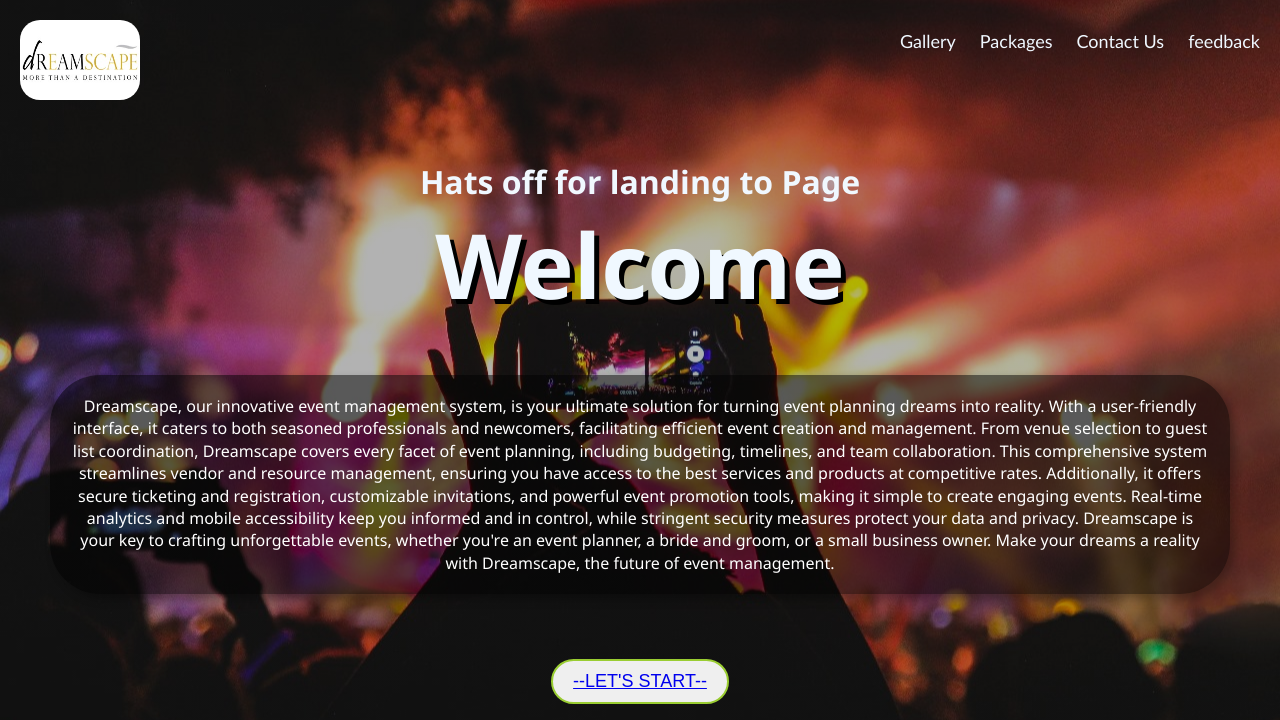
Repository: Dulankayapa/2ndyearoopprojrct
Page: http://localhost/feedback/home.jsp
These files come from the project's save history. The page is drawn as it stood at one moment and after the next save; the edit follows.
The browser window is 1280 px wide. The pictures show the whole page.
The page is served by Tomcat 9. Other server files are loaded and not shown.

Above is the page before, as saved 2023-10-23 12:48:02.

### feedback/src/main/webapp/home.jsp
<%@ page language="java" contentType="text/html; charset=ISO-8859-1"
    pageEncoding="ISO-8859-1"%>
<!DOCTYPE html>
<html>
<head>
   <title>DreamScape</title>
   <style>

	* {
	    margin: 0;
	    padding: 0;
	}


	body{

	   background-image:linear-gradient(rgba(0,0,0,0.3),rgba(0,0,0,0.3)),url("pexels-pixabay-206359.jpg");
	   background-repeat: no-repeat;
	   background-position: center;
	   background-size: cover;
	   background-attachment: fixed;
	  }

	  img{
	  	border-radius: 40px;
	    width: 120px;
	    height: 80px;
	    margin: 0;
	    padding: 20px;
	  }

	h2{
	    font-family:'Segoe UI', Tahoma, Geneva, Verdana, sans-serif;
	    text-align: center;
	    color: aliceblue;
	    font-size: 32px;
	    margin: 0% 0% 0% 0%;
	    padding: 0%;

	}

	h1{
	    text-align: center;
	    font-size: 90px;
	    font-family: 'Segoe UI', Tahoma, Geneva, Verdana, sans-serif;
	    color: aliceblue;
	    text-shadow: 5px 5px black;
	    margin: 0%;
	    padding: 0%;
	}

	p{
	    font-family: 'Segoe UI', Tahoma, Geneva, Verdana, sans-serif;
	    text-align: center;
	    color: azure;
	    line-height: 1.4;
	    margin: 50px 50px 60px 50px;
	}

	.showcase{
	    justify-content: center;
	    align-items: center;
	    text-align: center;
	}

	.button{
	    font-size: 18px;
	    text-decoration: none;
	    color: black;
	    border: yellowgreen 2px solid;
	    padding: 10px 20px;
	    border-radius: 40px;
	    margin-top: 5px;
	}

	.button:hover{

	    background: green;
	    color: aliceblue;
	}

	.nav-area{
	    float: right;
	    list-style: none;
	    margin-top: 30px;
	    padding-right: 10px;
	}

	.nav-area li{
	    display: inline-block;
	}

	.nav-area li a{
	    color: aliceblue;
	    text-decoration: none;
	    padding: 5px 10px;
	    font-family:'Trebuchet MS', 'Lucida Sans Unicode', 'Lucida Grande', 'Lucida Sans', Arial, sans-serif;
	    font-size: 18px;
	    border-radius: 10px;
	}

	.nav-area li a:hover{
	    background:aliceblue;
	    color: blue;

	}



   </style>
</head>
<body>

    <img src="headerlogo.jpg" alt="logo" class="img">




    <ul class="nav-area">

        <li><a href="EventGallery.jsp">Gallery</a></li>
        <li><a href="www.google.com">Packages</a></li>
        <li><a href="www.google.com">Contact Us</a></li>
        <li><a href="fform.jsp">feedback</a></li>
    </ul>
	<br><br><br>
    <h2>Hats off for landing to Page </h2>
    <h1> Welcome</h1>
    <p style="background-color: rgba(0, 0, 0, 0.5); color: white;  padding: 20px; border-radius: 50px; box-shadow: 5px 5px 10px rgba(0, 0, 0, 0.3);">
	Dreamscape, our innovative event management system, is your ultimate solution for turning event planning dreams into reality.
	 With a user-friendly interface, it caters to both seasoned professionals and newcomers, facilitating efficient event creation and management.
	From venue selection to guest list coordination, Dreamscape covers every facet of event planning, including budgeting, timelines, and team collaboration.
	 This comprehensive system streamlines vendor and resource management, ensuring you have access to the best services and products at competitive rates.
	Additionally, it offers secure ticketing and registration, customizable invitations, and powerful event promotion tools, making it simple to create engaging events.
	 Real-time analytics and mobile accessibility keep you informed and in control,
	while stringent security measures protect your data and privacy. Dreamscape is your key to crafting unforgettable events, whether you're an event planner,
	a bride and groom, or a small business owner. Make your dreams a reality with Dreamscape, the future of event management.</p>

    <div class="showcase">
    <button class="button"> <a href="Registration.jsp">--LET'S START--</a></button>
    </div>

</body>
</html>

After the next save:
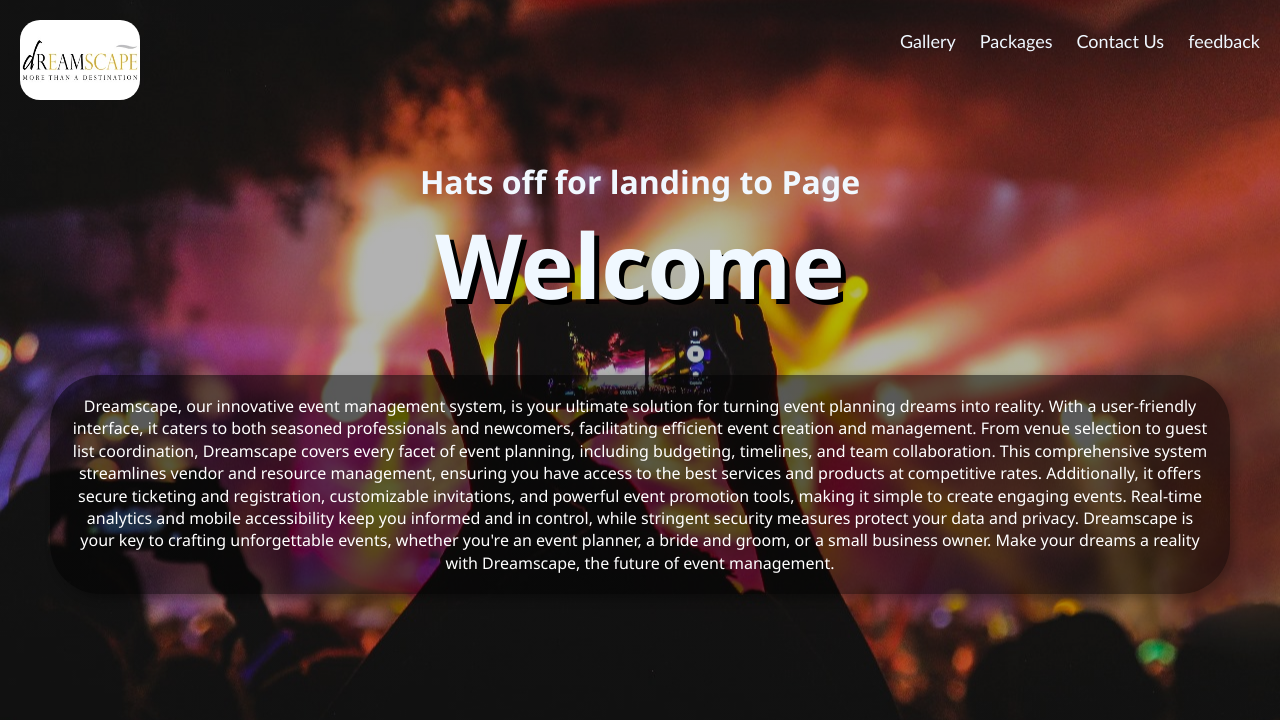
Saved 25 s later.
--- a/feedback/src/main/webapp/home.jsp
+++ b/feedback/src/main/webapp/home.jsp
@@ -136,9 +136,7 @@
 	while stringent security measures protect your data and privacy. Dreamscape is your key to crafting unforgettable events, whether you're an event planner,
 	a bride and groom, or a small business owner. Make your dreams a reality with Dreamscape, the future of event management.</p>
 
-    <div class="showcase">
-    <button class="button"> <a href="Registration.jsp">--LET'S START--</a></button>
-    </div>
+
 
 </body>
 </html>
